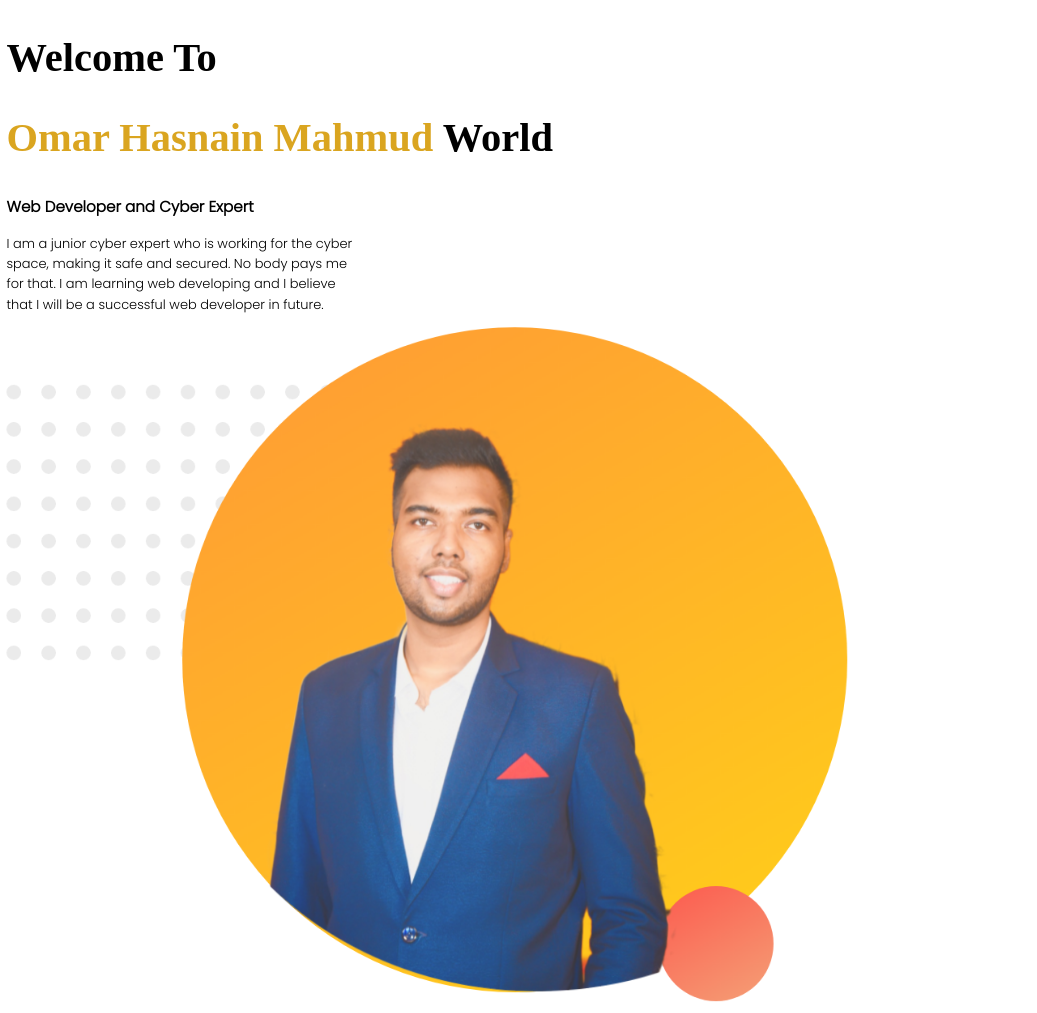
Repository: omarhasnain/web-portfolio
Page: index.html
The author's editor kept a copy of each file at every save. The page is drawn from the files as they stood at one save, then again after the next save.
The browser window is 1280 px wide. The pictures show the whole page, at 81% of full size.
Some web fonts or font styles are not loaded; a fallback is used.

Above is the page before, as saved 2021-01-05 20:57:16.

### index.html
<!DOCTYPE html>
<html lang="en">
<head>
    <meta charset="UTF-8">
    <meta name="viewport" content="width=device-width, initial-scale=1.0">
    <title>Web Developer Omar</title>
    <link rel="preconnect" href="https://fonts.gstatic.com">
    <link href="https://fonts.googleapis.com/css2?family=Redressed&display=swap" rel="stylesheet">
    <link rel="preconnect" href="https://fonts.gstatic.com">
    <link href="https://fonts.googleapis.com/css2?family=Poppins:wght@300&display=swap" rel="stylesheet">
    <link rel="stylesheet" href="web portfolio style.css">
</head>
    <body>
        <section>
            <div class="half-width">
                    <h1>Welcome To </h1>
                    <h1><span class="name-highlight">Omar Hasnain Mahmud</span> World</h1>
                    <h3>Web Developer and Cyber Expert</h3>
                    <p>I am a junior cyber expert who is working for the cyber space, making it safe and secured. No body pays me for that. I am learning web developing and I believe that I will be a successful web developer in future.</p>
            </div>
            <div class="half-width">
                <img src="images/profile.png" alt="">
            </div>
        </section>

    </body>
</html>

### web portfolio style.css
body{
    font-family: 'Poppins', sans-serif;
}
h1{
    font-size: 50px;
    font-family: 'Redressed', cursive;
}
.name-highlight{
    color: goldenrod;
}
h3{
    font-family: 'Poppins', sans-serif;
}
p{
    width: 35%;
}

After the next save:
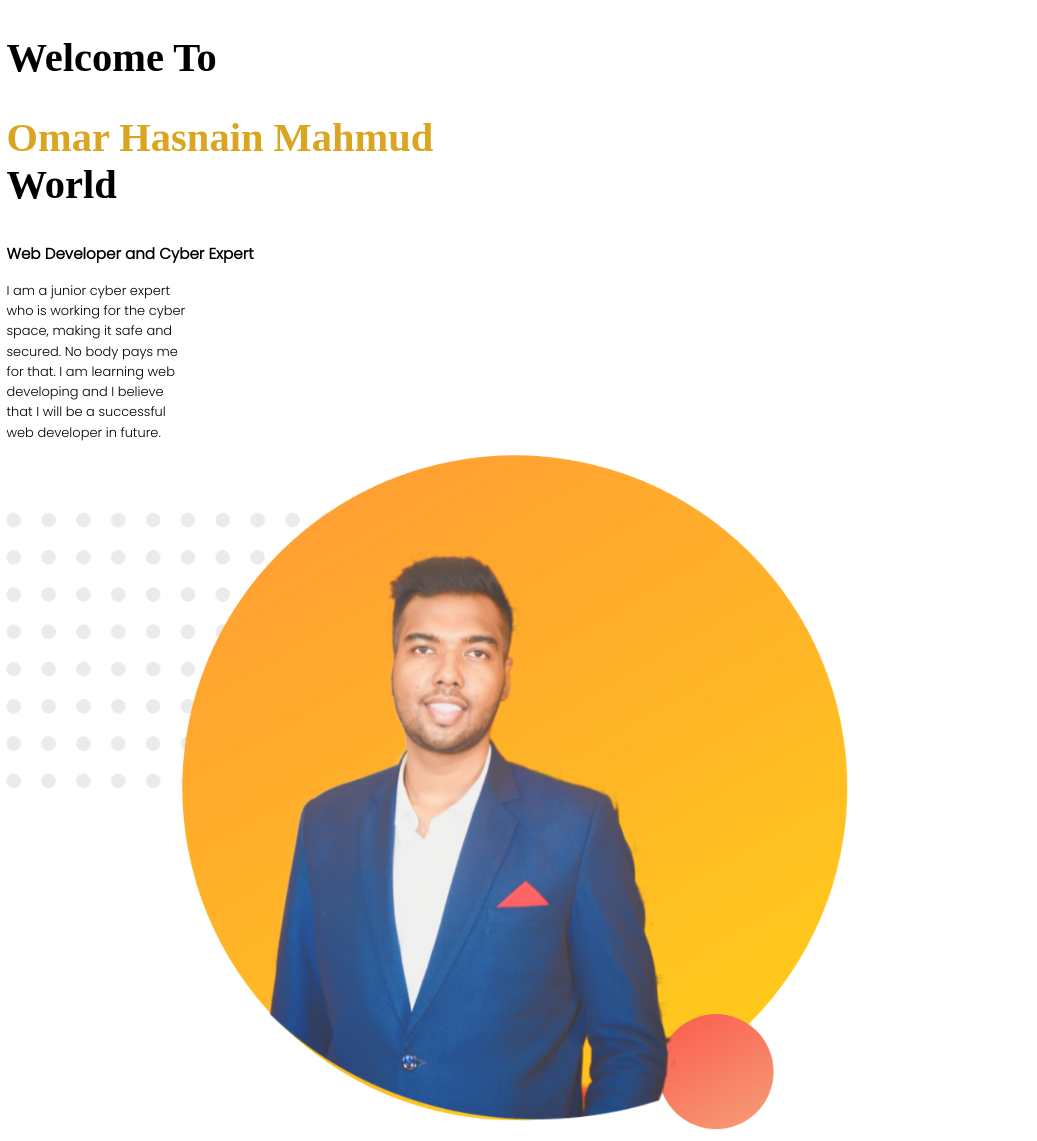
Saved 36 s later.
--- a/web portfolio style.css
+++ b/web portfolio style.css
@@ -14,3 +14,6 @@
 p{
     width: 35%;
 }
+.half-width{
+    width: 50%;
+}
